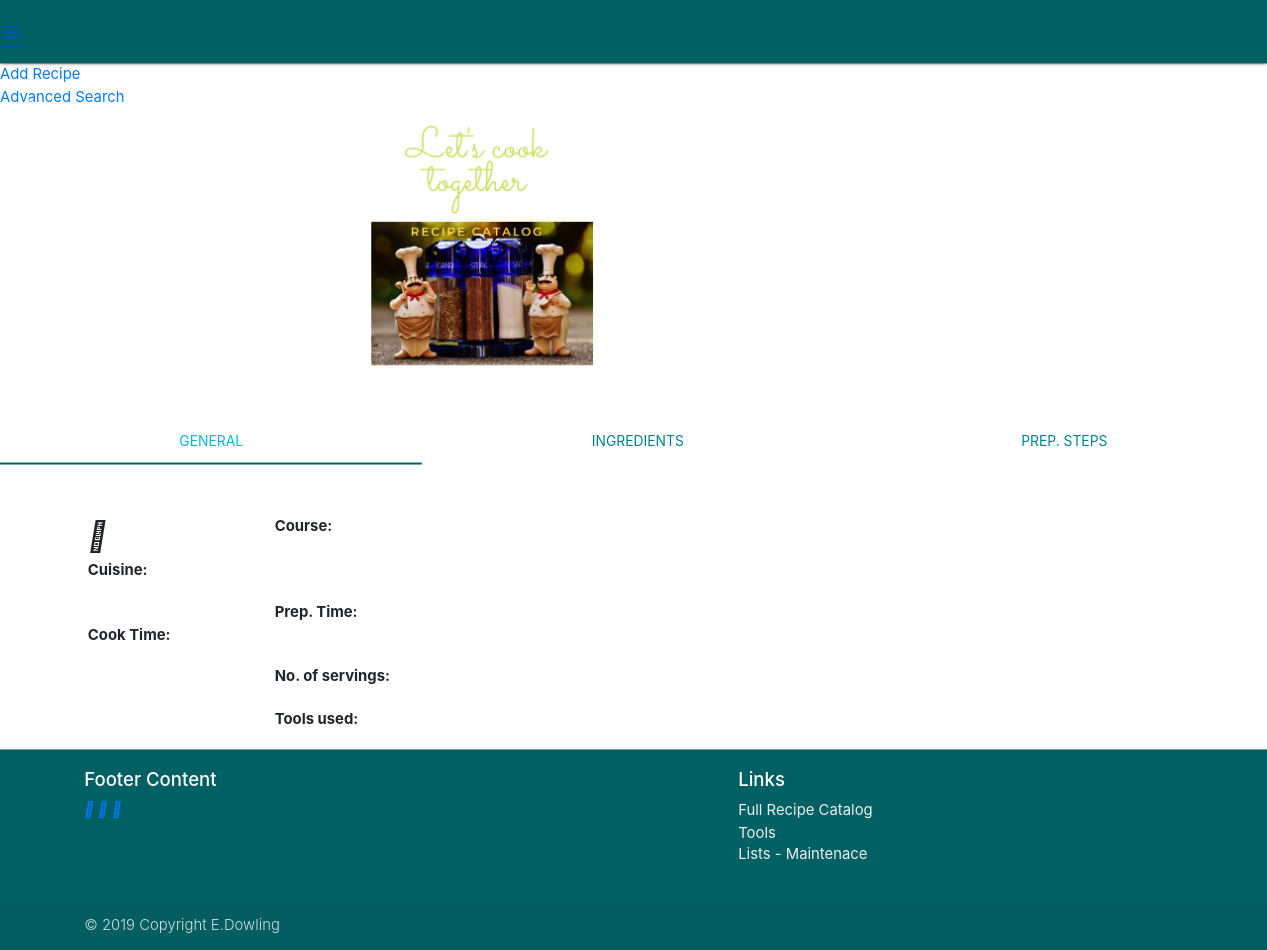
Repository: eldowling/lets-cook-together
Page: templates/recipe.html
The author's editor kept a record of every edit. The page is drawn from the files as they stood at one moment, then again after the next edit.
The browser window is 1280 px wide. The pictures show the whole page, at 99% of full size.
Some web libraries are served in a nearby version. The page is served by the project's application, run on Flask 3 (app.py). The template is opened directly, without the code that normally fills it, so the values that code supplies are empty.

Above is the page before.
Console error: TypeError: $(...).collapsible is not a function

After the next edit:
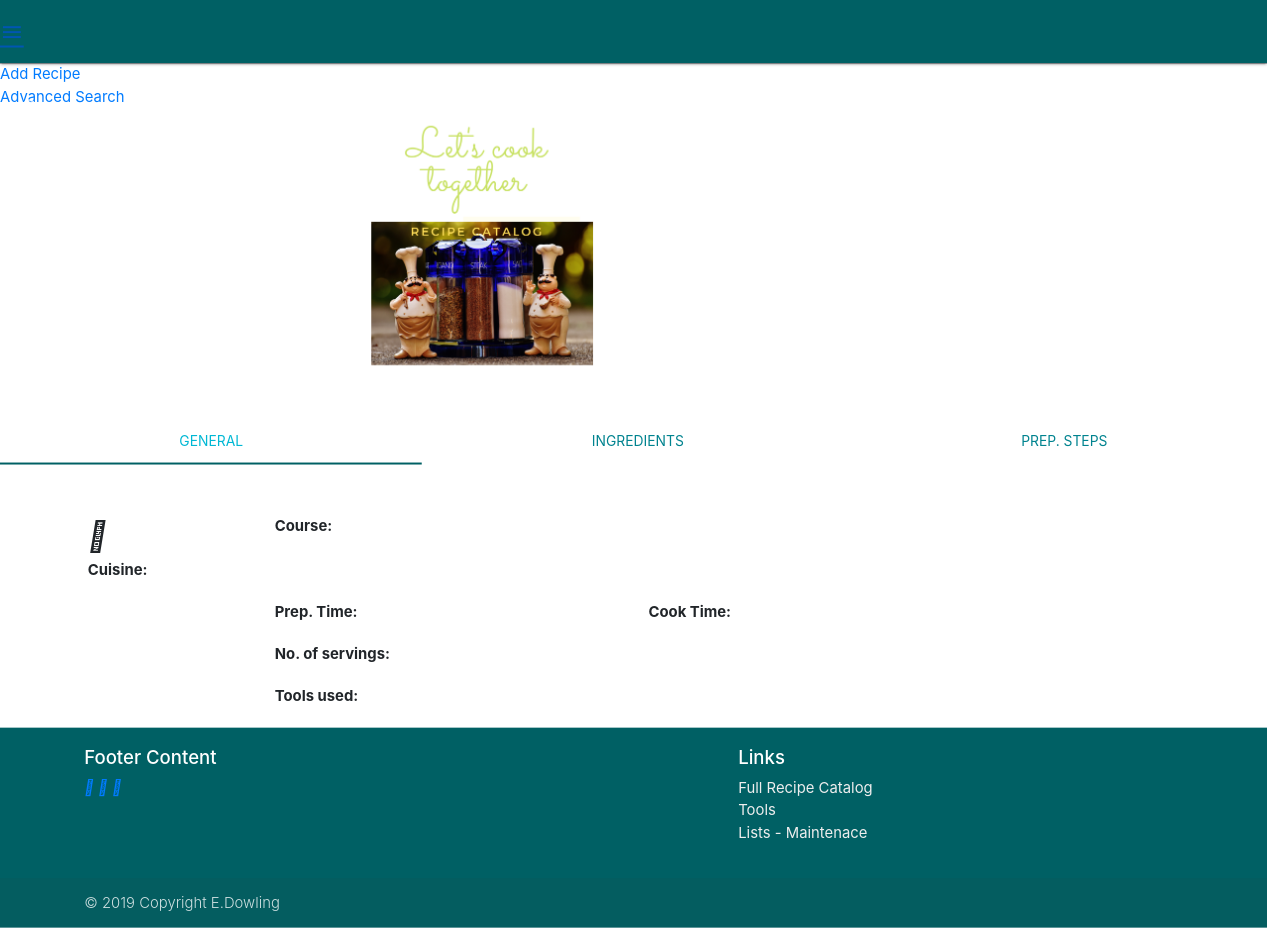
The edit:
--- a/templates/recipe.html
+++ b/templates/recipe.html
@@ -34,7 +34,7 @@
     <div class="col-2">
       <i class="far fa-clock fa-2x"></i>
     </div>
-    <div class="col-5">
+    <div class="col-4">
       <strong>Prep. Time: </strong> {{recipe.prep_time}}
     </div>
     <div class="col-6">
